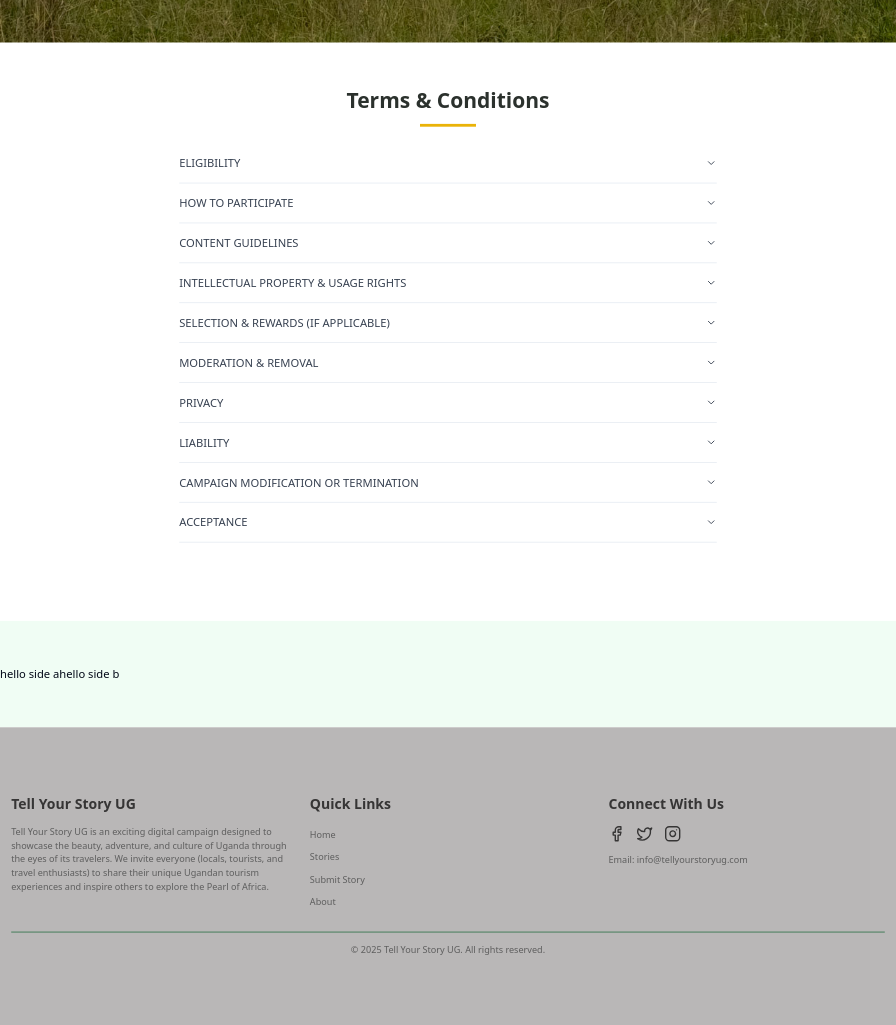
Repository: kaizoku010/take.part
Page: /
An editor plug-in stored every save of this project. The page is shown before and after a run of saves, followed by the edit.
The browser window is 1280 px wide. The pictures show the part of the page from y = 3350 to 5270 px (the page is 4814 px tall before and 5270 px after), at 70% of full size.
Backgrounds fixed to the window are drawn as part of the page. The project was rebuilt for these pictures with package versions that can differ from the ones it lists, and the page was loaded fresh each time. Also part of the build but not shown: vite.config.ts, src/components/ui/tooltip.tsx, src/pages/About.tsx, src/components/ui/input.tsx, src/pages/Stories.tsx, src/pages/StoryDetail.tsx, src/components/ui/use-toast.ts, src/components/ui/label.tsx and 3 more.

Above is the page before, as saved 2025-04-14 16:52:12.

After the next 3 saves:
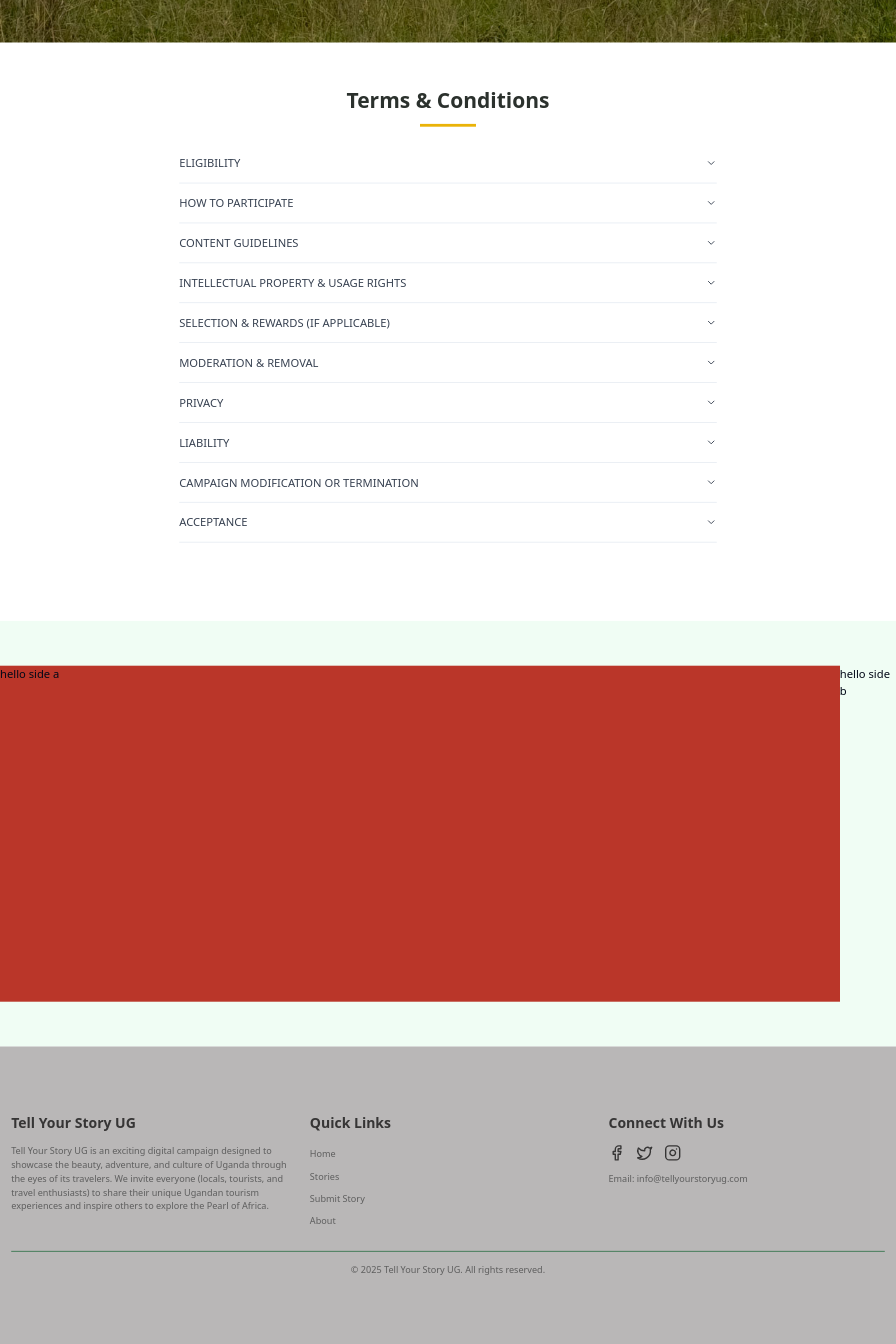
The 3 saves are shown as one change because they came seconds apart.
The last was saved 12 s later.
--- a/src/mdx.css
+++ b/src/mdx.css
@@ -157,3 +157,10 @@ background-color: #ba3629 !important;
     display: flex;
     /* background-image: url("../src/media/call.jpg"); */
 }
+
+
+#cta-section{
+    width: 100%;
+    height: 30rem;
+    background-color: #ba3629 !important;
+}
